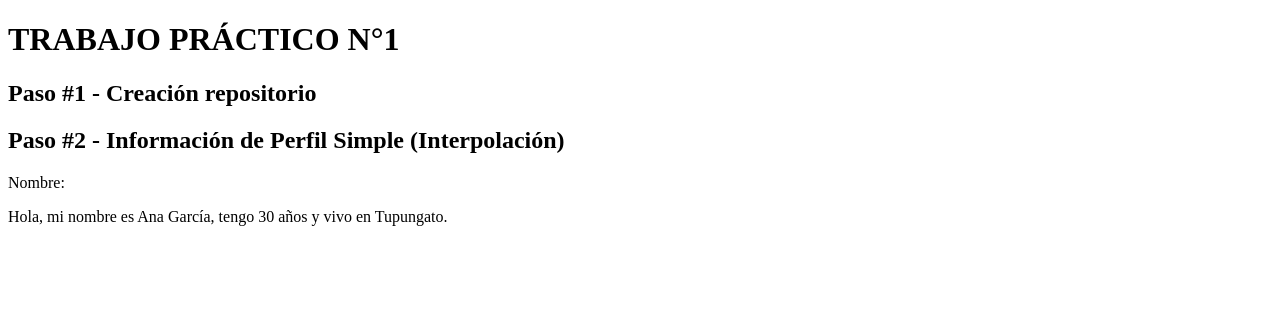
Repository: SofiaSferco/PWA
Page: practico01/index.html
The author's editor kept a copy of each file at every save. The page is drawn from the files as they stood at one save, then again after the next save.
The browser window is 1280 px wide. The pictures show the whole page.

Above is the page before, as saved 2025-10-02 22:03:23.

### practico01/index.html
<!DOCTYPE html>
<html lang="en">
<head>
    <meta charset="UTF-8">
    <title>Trabajo Práctico 1</title>
    <script src="https://unpkg.com/vue@3/dist/vue.global.js"></script>
</head>
<body>
    <div id="app">
        <h1>TRABAJO PRÁCTICO N°1</h1>
        <h2>Paso #1 - Creación repositorio</h2>
        <h2>{{ segundopaso }}</h2>
        <p>Nombre: </p>

        <p>Hola, mi nombre es {{ nombre }}, tengo {{ edad }} años y vivo en {{ ciudad }}.</p>
    </div>
    <script>
        const { createApp } = Vue;
        createApp({
            data() {
                return {
                    segundopaso: 'Paso #2 - Información de Perfil Simple (Interpolación)',
                    nombre: 'Ana García',
                    edad: 30,
                    ciudad: 'Tupungato'
                }
            }
        }).mount('#app');
    </script>
</body>
</html>

After the next save:
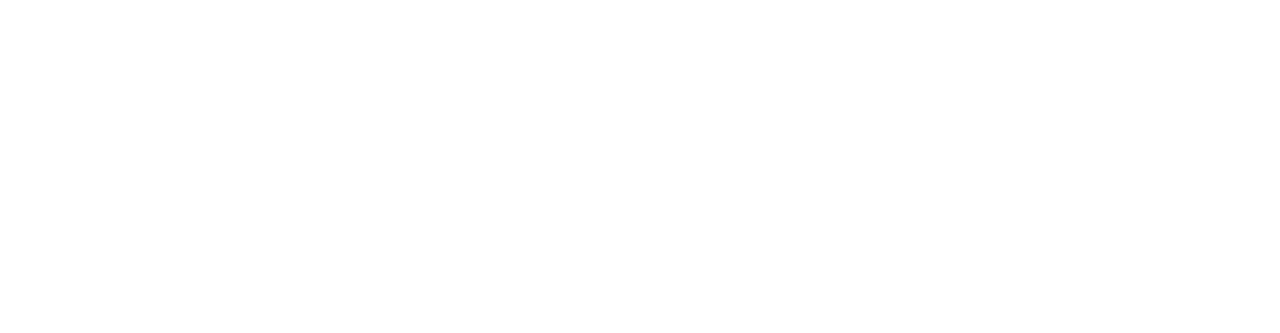
Console error: SyntaxError: Unexpected token '<'
Saved 16 s later.
--- a/practico01/index.html
+++ b/practico01/index.html
@@ -10,7 +10,7 @@
         <h1>TRABAJO PRÁCTICO N°1</h1>
         <h2>Paso #1 - Creación repositorio</h2>
         <h2>{{ segundopaso }}</h2>
-        <p>Nombre: </p>
+        <p>Nombre: {{</p>
 
         <p>Hola, mi nombre es {{ nombre }}, tengo {{ edad }} años y vivo en {{ ciudad }}.</p>
     </div>

After the 3 saves that followed:
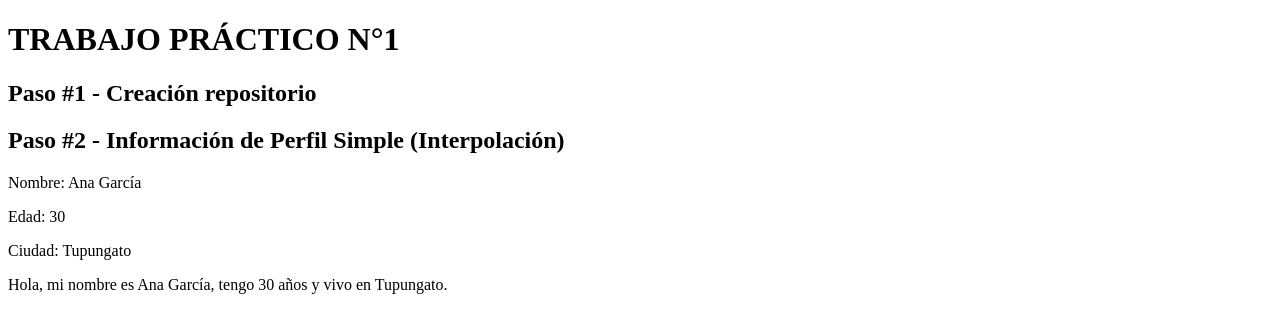
The error is gone.
The 3 saves are shown as one change because 1 left the picture as it was and some came seconds apart.
The last was saved 17 s later.
--- a/practico01/index.html
+++ b/practico01/index.html
@@ -10,7 +10,9 @@
         <h1>TRABAJO PRÁCTICO N°1</h1>
         <h2>Paso #1 - Creación repositorio</h2>
         <h2>{{ segundopaso }}</h2>
-        <p>Nombre: {{</p>
+        <p>Nombre: {{ nombre }}</p>
+        <p>Edad: {{ edad }}</p>
+        <p>Ciudad: {{ ciudad }}</p>
 
         <p>Hola, mi nombre es {{ nombre }}, tengo {{ edad }} años y vivo en {{ ciudad }}.</p>
     </div>
